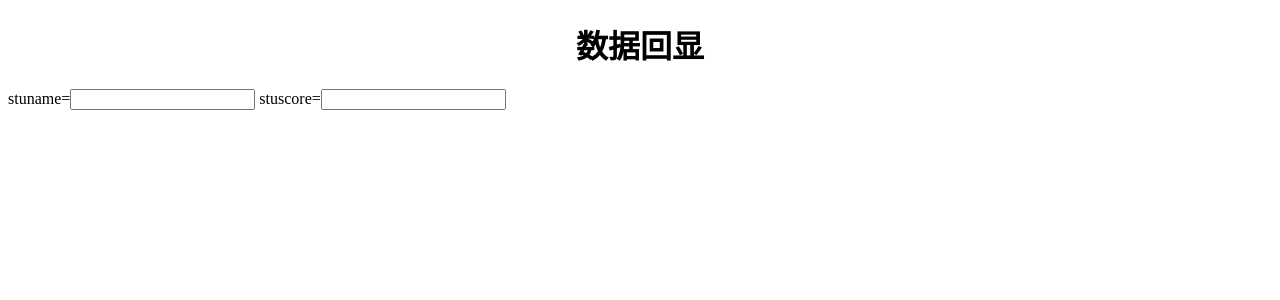
Repository: byuan98/study
Page: http://localhost/day097web/jsps/index3.jsp
The author's editor kept a copy of each file at every save. The page is drawn from the files as they stood at one save, then again after the next save.
The browser window is 1280 px wide. The pictures show the whole page.
The page is served by Tomcat 9.

Above is the page before, as saved 2021-04-24 08:27:31.

After the next save:
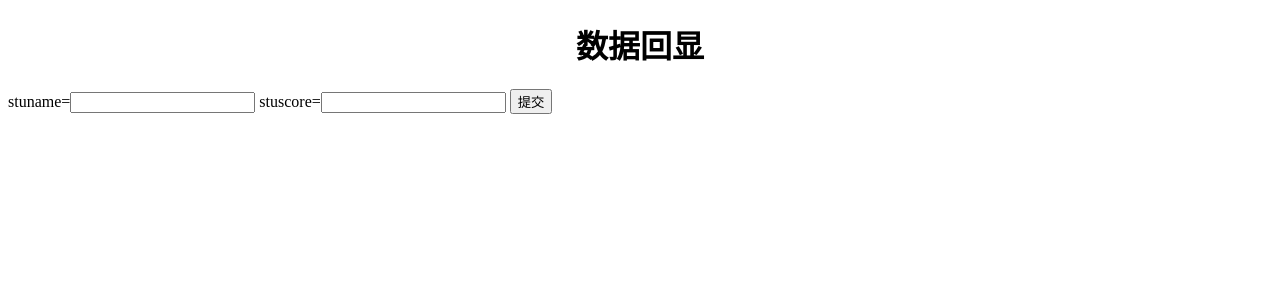
Saved 34 s later.
--- a/day097web/WebContent/jsps/index3.jsp
+++ b/day097web/WebContent/jsps/index3.jsp
@@ -12,6 +12,7 @@
     <form action="<core:url value='/test1/method1.action'/>" method="post">
         stuname=<input type="text" name="stuname" value="${requestScope.stuname}"/>
         stuscore=<input type="text" name="stuscore" value="${requestScope.stuscore}"/>
+        <input type="submit" value="提交"/>
     </form>
 
 </body>
